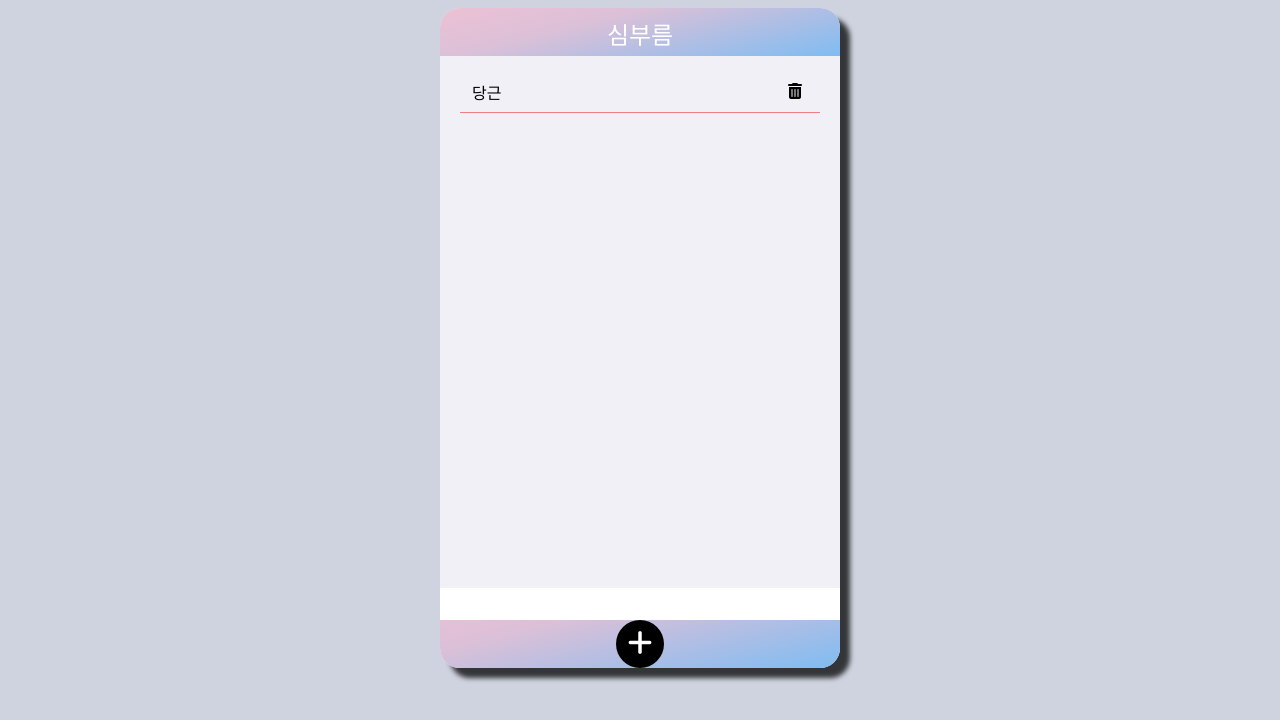
Repository: GoodHoneyCake/Dream_Coding_Academy5
Page: shopping_list/index.html
These files come from the project's save history. The page is drawn as it stood at one moment and after the next save; the edit follows.
The browser window is 1280 px wide. The pictures show the whole page.
Empty fields were first filled with sample values (such as "Sample", 5 or name@example.com).
After loading, the first visible `button.footer__btn` was clicked once.
Some web libraries are served in a nearby version.

Above is the page before, as saved 2021-01-29 20:11:03.

### shopping_list/index.html
<!DOCTYPE html>
<html lang="en">
  <head>
    <meta charset="UTF-8" />
    <meta name="viewport" content="width=device-width, initial-scale=1.0" />
    <title>Document</title>
    <script
      src="https://kit.fontawesome.com/c90a48a564.js"
      crossorigin="anonymous"
    ></script>
    <link rel="stylesheet" href="style.css" />
    <script src="main.js" defer></script>
  </head>
  <body>
    <section class="list">
      <header class="header">심부름</header>
      <ul class="items">
        <li class="item__row">
          <div class="item">
            <span class="item__name">당근</span>
            <button class="item__delete">
              <i class="fas fa-trash-alt"></i>
            </button>
          </div>
          <div class="item__divider"></div>
        </li>
      </ul>
      <footer class="footer">
        <input type="text" class="footer__input" />
        <button class="footer__btn">
          <i class="fas fa-plus"></i>
        </button>
      </footer>
    </section>
  </body>
</html>

### shopping_list/style.css
* {
  box-sizing: border-box;
}

ul {
  padding: 0;
  list-style: none;
}

button {
  outline: none;
  background: transparent;
  border: none;
  cursor: pointer;
}

body {
  background-color: #ced3df;
  text-align: center;
}

.list {
  width: 400px;
  margin: auto;
  background-color: #f1f0f7;
  border-radius: 20px;
  -webkit-box-shadow: 10px 10px 5px 0px rgba(0, 0, 0, 0.75);
  -moz-box-shadow: 10px 10px 5px 0px rgba(0, 0, 0, 0.75);
  box-shadow: 10px 10px 5px 0px rgba(0, 0, 0, 0.75);
}

.header {
  height: 48px;
  padding: 8px;
  font-size: 24px;
  background: rgba(237, 193, 211);
  background: linear-gradient(
    166deg,
    rgba(237, 193, 211, 1) 0%,
    rgba(219, 192, 216, 1) 35%,
    rgba(127, 188, 242, 1) 100%
  );
  border-radius: 20px 20px 0 0;
  color: white;
}

.items {
  height: 500px;
  overflow-y: auto;
}

.item {
  display: flex;
  justify-content: space-between;
  padding: 8px 32px;
}

.item__delete {
  font-size: 16px;
  transition: all 300ms ease-in;
}

.item__delete:hover {
  color: red;
  transform: scale(1.1);
}

.item__divider {
  width: 90%;
  height: 1px;
  background-color: lightcoral;
  margin: auto;
}

.footer {
  background: rgba(237, 193, 211);
  background: linear-gradient(
    166deg,
    rgba(237, 193, 211, 1) 0%,
    rgba(219, 192, 216, 1) 35%,
    rgba(127, 188, 242, 1) 100%
  );
  border-radius: 0 0 20px 20px;
}

.footer__input {
  width: 100%;
  height: 32px;
  border: none;
  outline: none;
  font-size: 24px;
  padding: 0 16px;
}

.footer__btn {
  width: 48px;
  height: 48px;
  background-color: black;
  border-radius: 50%;
  color: white;
  font-size: 28px;
  transition: transform 300ms ease-in;
}

.footer__btn:hover {
  transform: scale(1.1);
}

### shopping_list/main.js
"use strict";

const items = document.querySelector(".items");
const input = document.querySelector(".footer__input");
const addBtn = document.querySelector(".footer__btn");

function onAdd() {
  // 1. 사용자가 입력한 텍스트를 받아온다
  const text = input.value;
  console.log(text);
  // 2. 새로운 아이템을 만든다 (텍스트 + 삭제 버튼)
  // const item = createItem();
  // 3. items 컨테이너안에 새로 만든 아이템을 추가한다
  // items.appendChild(item);
  // 4. 인풋을 초기화 한다
  input.value = "";
  input.focus();
}

addBtn.addEventListener("click", () => {
  onAdd();
});

After the next save:
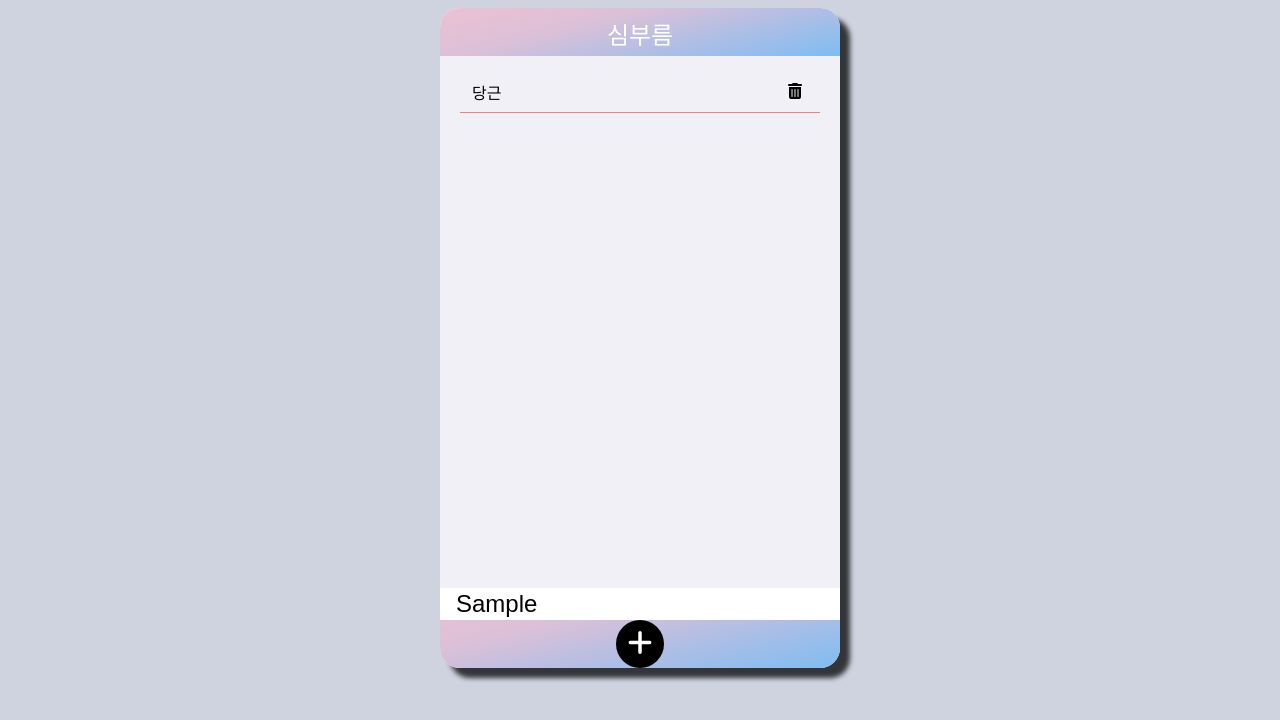
Console error: ReferenceError: li is not defined
Saved 51 s later.
--- a/shopping_list/main.js
+++ b/shopping_list/main.js
@@ -9,14 +9,18 @@ function onAdd() {
   const text = input.value;
   console.log(text);
   // 2. 새로운 아이템을 만든다 (텍스트 + 삭제 버튼)
-  // const item = createItem();
+  const item = createItem();
   // 3. items 컨테이너안에 새로 만든 아이템을 추가한다
-  // items.appendChild(item);
+  items.appendChild(item);
   // 4. 인풋을 초기화 한다
   input.value = "";
   input.focus();
 }
 
+function createItem(text) {
+  const itemRow = document.createElement(li);
+}
+
 addBtn.addEventListener("click", () => {
   onAdd();
 });
